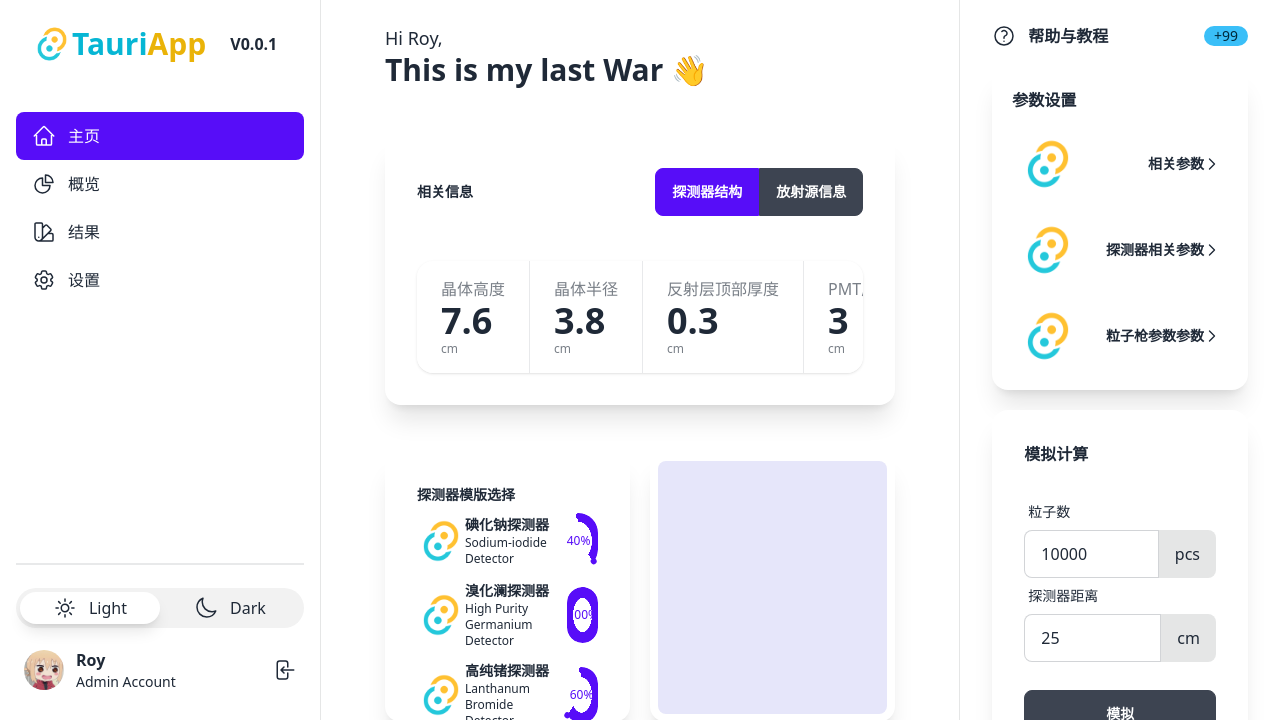
Repository: XMZOVO/tauri-geant4
Page: /
An editor plug-in stored every save of this project. The page is shown before and after the next save, followed by the edit.
The browser window is 1280 px wide. The pictures show the whole page.
The page's requests for data from a server got no answer. An inner scrolling area shows only its first screen. The project was rebuilt for these pictures with package versions that can differ from the ones it lists, and the page was loaded fresh each time. No one was signed in, and anything a server would have sent is missing. Also part of the build but not shown: vite.config.ts.

Above is the page before, as saved 2022-09-11 19:13:06.

### src/main.ts
import { createApp } from "vue";
import App from "./App.vue";
import "./index.css";
import { Router } from "./router";
import { createPinia } from "pinia";

const pinia = createPinia();

createApp(App).use(pinia).use(Router).mount("#app");

### src/router/index.ts
import { createRouter, createWebHistory } from "vue-router";

const routes = [
  {
    path: "",
    component: () => import("../components/MainWindow.vue"),
    children: [
      {
        path: "",
        component: () => import("../components/Home.vue"),
      },
      {
        path: "Setting",
        component: () => import("../components/Setting.vue"),
      },
      {
        path: "Results",
        component: () => import("../components/Results.vue"),
      },
      {
        path: "Overview",
        component: () => import("../components/Overview.vue"),
      },
      // {
      //   path: "Plan",
      //   component: () => import("../components/Plan.vue"),
      // },
    ],
  },
];

export const Router = createRouter({
  scrollBehavior: () => ({ left: 0, top: 0 }),
  history: createWebHistory(),
  routes,
});

### src/components/Home.vue
<script setup lang="ts">
import { ref, onMounted } from "vue";
import { invoke } from "@tauri-apps/api/tauri";
import { useRouter, onBeforeRouteLeave, onBeforeRouteUpdate } from "vue-router";
import path from "path";
import { exit } from "@tauri-apps/api/process";
import { fetch } from "@tauri-apps/api/http";

const router = useRouter();
const greetMsg = ref("");
const name = ref("");
let specFile = ref("");
let JSRootPath = ref("/JsRoot720/");

let detectorSrc = ref(
  JSRootPath.value +
    "index.htm?nobrowser&file=http://localhost:8080/file/G4Backend/build/rootFiles/test.root&item=Default;1&opt=ssao;transp60"
);

const parametersNames = ref([
  { name: "探测器结构", checked: true },
  { name: "放射源信息", checked: false },
]);
const selectedName = ref("钻井液性能");
const detectorProperties = ref([
  { name: "晶体高度", value: 7.6, unit: "cm" },
  { name: "晶体半径", value: 3.8, unit: "cm" },
  { name: "反射层顶部厚度", value: "0.3", unit: "cm" },
  { name: "PMT厚度", value: 3, unit: "cm" },
]);
const radioactiveProperties = ref([
  { name: "放射性同位素", value: "Co60", unit: "" },
  { name: "粒子数", value: 1000, unit: "" },
  { name: "3", value: 20, unit: "" },
  { name: "4", value: 0.02, unit: "" },
  { name: "5", value: 10, unit: "" },
]);
const detectorList = ref([
  { name: "碘化钠探测器", percent: 40, description: "Sodium-iodide Detector" },
  {
    name: "溴化澜探测器",
    percent: 100,
    description: "High Purity Germanium Detector",
  },
  {
    name: "高纯锗探测器",
    percent: 60,
    description: "Lanthanum Bromide Detector",
  },
]);
const paticleParameters = ref([
  { name: "粒子数", value: 10000, unit: "pcs" },
  { name: "探测器距离", value: 25, unit: "cm" },
]);
const btnWait = ref("");

async function greet() {
  greetMsg.value = await invoke("greet", { name: name.value });
}

onMounted(async () => {});

const parametersInfoChanged = (name: String) => {
  if (name == "探测器结构") {
    parametersNames.value[0].checked = true;
    parametersNames.value[1].checked = false;
  } else {
    parametersNames.value[0].checked = false;
    parametersNames.value[1].checked = true;
  }
};

const executeCalculate = async () => {
  if (paticleParameters.value[0].value > 10000000) {
    alert("粒子数过大");
    return;
  }
  btnWait.value = "loading";
  const response = await fetch("http://localhost:8080/g4", {
    method: "POST",
    query: {
      ch: detectorProperties.value[0].value.toString(),
      cr: detectorProperties.value[1].value.toString(),
      rtt: detectorProperties.value[2].value.toString(),
      num: paticleParameters.value[0].value.toString(),
    },
  }).then((res) => {
    btnWait.value = "";
    router.push({ path: "/Overview" });
  });
};

const refreshDetector = async () => {
  detectorSrc.value = " ";
  await fetch("http://localhost:8080/gdml", {
    method: "GET",
    query: {
      ch: detectorProperties.value[0].value.toString(),
      cr: detectorProperties.value[1].value.toString(),
      rtt: detectorProperties.value[2].value.toString(),
      pmt: detectorProperties.value[3].value.toString(),
    },
  }).then(() => {
    // let iframe: any = document.getElementById("iframe");
    // iframe.contentWindow.location.reload(true);
    detectorSrc.value =
      JSRootPath.value +
      "index.htm?nobrowser&file=http://localhost:8080/file/G4Backend/build/rootFiles/wtest.root&item=Default;1&opt=ssao;transp60";
  });
};

const exitApp = async () => {
  await exit(1);
};
</script>

<template>
  <!-- <div class="card">
    <input id="greet-input" v-model="name" placeholder="Enter a name..." />
    <button type="button" @click="greet()">Greet</button>
  </div>

  <p>{{ greetMsg }}</p> -->

  <div class="flex h-full w-full">
    <div class="w-2/3 space-y-12 border-r border-base-300 py-6 px-16">
      <div class="h-auto">
        <span class="block text-lg font-normal">Hi Roy,</span>
        <span class="block text-3xl font-bold"
          >This is my last War &#128075;</span
        >
      </div>
      <div class="card h-2/5 w-full shadow-xl">
        <div class="card-body justify-between">
          <div class="flex justify-between">
            <p class="card-title text-sm">相关信息</p>
            <!-- 选择框 -->
            <!-- <div class="form-control w-1/3 max-w-xs">
              <select
                class="select select-bordered focus:outline-none"
                @change="parametersInfoChanged($event)"
              >
                <option v-for="item in parametersNames">{{ item }}</option>
              </select>
            </div> -->
            <div class="btn-group">
              <input
                v-for="item in parametersNames"
                type="radio"
                name="options"
                :data-title="item.name"
                class="btn"
                :checked="item.checked"
                @change="parametersInfoChanged(item.name)"
              />
            </div>
          </div>
          <!-- 统计信息 -->
          <div
            class="stats stats-vertical overflow-hidden shadow lg:stats-horizontal"
          >
            <div
              class="stat"
              v-if="parametersNames[0].checked"
              v-for="item in detectorProperties"
            >
              <div class="stat-title">{{ item.name }}</div>
              <div class="stat-value">{{ item.value }}</div>
              <div class="stat-desc">{{ item.unit }}</div>
            </div>
            <div
              class="stat"
              v-if="parametersNames[1].checked"
              v-for="item in radioactiveProperties"
            >
              <div class="stat-title">{{ item.name }}</div>
              <div class="stat-value">{{ item.value }}</div>
              <div class="stat-desc">{{ item.unit }}</div>
            </div>
          </div>
        </div>
      </div>
      <!-- 底部双卡片 -->
      <div class="flex h-2/5 space-x-5">
        <!-- 1 -->
        <div class="card w-1/2 bg-base-100 shadow-xl">
          <div class="card-body">
            <p class="text-sm font-semibold">探测器模版选择</p>
            <!-- item -->
            <div class="flex flex-col justify-between gap-3">
              <div
                v-for="(item, index) in detectorList"
                class="flex items-center"
              >
                <img src="../assets/icon.png" class="h-12 w-12" />
                <div class="flex flex-col">
                  <p class="text-sm font-semibold">{{ item.name }}</p>
                  <p class="text-xs">{{ item.description }}</p>
                </div>
                <div
                  class="radial-progress text-xs text-primary"
                  :style="
                    '--value: ' +
                    item.percent +
                    '; --size: 3.5rem; --thickness: 6px'
                  "
                >
                  {{ item.percent }}%
                </div>
              </div>
            </div>
            <btn class="btn rounded-xl"> 更多模版</btn>
          </div>
        </div>
        <!-- 2 -->
        <div class="card w-1/2 bg-base-100 shadow-xl">
          <div class="card-body p-2">
            <iframe
              :src="detectorSrc"
              frameborder="0"
              class="h-full w-full rounded-lg"
            ></iframe>
            <!-- <div class="h-full w-full bg-black" id="drawing"></div> -->
          </div>
        </div>
      </div>
    </div>

    <!-- 右侧 -->
    <div class="w-1/3 flex-col space-y-5 px-8 pt-6">
      <!-- 帮助 -->
      <div class="flex items-center justify-between">
        <div class="flex items-center space-x-3">
          <svg
            xmlns="http://www.w3.org/2000/svg"
            fill="none"
            viewBox="0 0 24 24"
            stroke-width="1.5"
            stroke="currentColor"
            class="h-6 w-6"
          >
            <path
              stroke-linecap="round"
              stroke-linejoin="round"
              d="M9.879 7.519c1.171-1.025 3.071-1.025 4.242 0 1.172 1.025 1.172 2.687 0 3.712-.203.179-.43.326-.67.442-.745.361-1.45.999-1.45 1.827v.75M21 12a9 9 0 11-18 0 9 9 0 0118 0zm-9 5.25h.008v.008H12v-.008z"
            />
          </svg>
          <label class="font-bold">帮助与教程</label>
        </div>
        <div class="badge badge-info">+99</div>
      </div>
      <!-- 帮助 -->
      <!-- 卡1 -->
      <div class="flex space-x-5">
        <div class="card w-full overflow-visible bg-base-100 shadow-xl">
          <div class="card-body p-5">
            <div class="flex-col space-y-5">
              <p class="text-md font-bold">参数设置</p>

              <!-- 溢流物 -->
              <div class="dropdown-left dropdown w-full">
                <div
                  tabindex="0"
                  class="flex items-center justify-between rounded-xl px-2 py-1 duration-300 hover:cursor-pointer hover:bg-primary hover:text-base-100"
                >
                  <img src="../assets/icon.png" class="h-14 w-14 rounded-xl" />
                  <div class="flex items-center">
                    <p class="text-sm font-bold">相关参数</p>
                    <svg
                      xmlns="http://www.w3.org/2000/svg"
                      fill="none"
                      viewBox="0 0 24 24"
                      stroke-width="2"
                      stroke="currentColor"
                      class="h-4 w-4"
                    >
                      <path
                        stroke-linecap="round"
                        stroke-linejoin="round"
                        d="M8.25 4.5l7.5 7.5-7.5 7.5"
                      />
                    </svg>
                  </div>
                </div>
                <!-- 浮动窗口 -->
                <div
                  tabindex="0"
                  class="card dropdown-content rounded-box w-full bg-base-100 shadow"
                >
                  <div class="card-body space-y-3">
                    <p class="font-bold">设置相关参数</p>
                    <div
                      v-for="item in detectorList"
                      class="flex items-center justify-between"
                    >
                      <p>{{ item.name }}</p>
                      <p class="font-bold text-primary">{{ item.percent }}%</p>
                      <input
                        type="range"
                        min="0"
                        max="100"
                        v-model="item.percent"
                        class="range range-xs w-1/2"
                        step="1"
                      />
                    </div>
                  </div>
                </div>
              </div>
              <!-- 溢流物 -->
              <!-- 钻井液 -->
              <div class="dropdown-left dropdown w-full">
                <div
                  tabindex="0"
                  class="flex items-center justify-between rounded-xl px-2 py-1 duration-300 hover:cursor-pointer hover:bg-primary hover:text-base-100"
                >
                  <img src="../assets/icon.png" class="h-14 w-14 rounded-xl" />
                  <div class="flex items-center">
                    <p class="text-sm font-bold">探测器相关参数</p>
                    <svg
                      xmlns="http://www.w3.org/2000/svg"
                      fill="none"
                      viewBox="0 0 24 24"
                      stroke-width="2"
                      stroke="currentColor"
                      class="h-4 w-4"
                    >
                      <path
                        stroke-linecap="round"
                        stroke-linejoin="round"
                        d="M8.25 4.5l7.5 7.5-7.5 7.5"
                      />
                    </svg>
                  </div>
                </div>
                <!-- 浮动窗口 -->
                <div
                  tabindex="0"
                  class="card dropdown-content rounded-box w-96 bg-base-100 shadow"
                >
                  <div class="card-body space-y-1">
                    <div class="flex items-center">
                      <p class="font-bold">设置探测器参数</p>
                      <button class="btn btn-xs" @click="refreshDetector">
                        刷新探测器模型
                      </button>
                    </div>
                    <div
                      v-for="item in detectorProperties"
                      class="form-control"
                    >
                      <label class="label">
                        <span class="label-text">{{ item.name }}</span>
                      </label>
                      <label class="input-group">
                        <input
                          type="text"
                          v-model="item.value"
                          class="input input-bordered w-3/4 focus:outline-none"
                        />
                        <span class="w-1/4">{{ item.unit }}</span>
                      </label>
                    </div>
                  </div>
                </div>
              </div>
              <!-- 钻井液 -->
              <!-- 节流压 -->
              <div class="dropdown-left dropdown w-full">
                <div
                  tabindex="0"
                  class="flex items-center justify-between rounded-xl px-2 py-1 duration-300 hover:cursor-pointer hover:bg-primary hover:text-base-100"
                >
                  <img src="../assets/icon.png" class="h-14 w-14 rounded-xl" />
                  <div class="flex items-center">
                    <p class="text-sm font-bold">粒子枪参数参数</p>
                    <svg
                      xmlns="http://www.w3.org/2000/svg"
                      fill="none"
                      viewBox="0 0 24 24"
                      stroke-width="2"
                      stroke="currentColor"
                      class="h-4 w-4"
                    >
                      <path
                        stroke-linecap="round"
                        stroke-linejoin="round"
                        d="M8.25 4.5l7.5 7.5-7.5 7.5"
                      />
                    </svg>
                  </div>
                </div>
                <!-- 浮动窗口 -->
                <div
                  tabindex="0"
                  class="card dropdown-content rounded-box w-96 bg-base-100 shadow"
                >
                  <div class="card-body space-y-3">
                    <p class="font-bold">设置粒子枪参数</p>
                    <div
                      v-for="item in radioactiveProperties"
                      class="form-control"
                    >
                      <label class="label">
                        <span class="label-text">{{ item.name }}</span>
                      </label>
                      <label class="input-group">
                        <input
                          type="text"
                          v-model="item.value"
                          class="input input-bordered w-3/4 focus:outline-none"
                        />
                        <span class="w-1/4">{{ item.unit }}</span>
                      </label>
                    </div>
                  </div>
                </div>
              </div>
              <!-- 节流压 -->
            </div>
          </div>
        </div>
      </div>
      <!-- 卡2 -->
      <div class="flex space-x-5">
        <div class="card w-full bg-base-100 shadow-xl">
          <div class="card-body space-y-5">
            <p class="text-md font-bold">模拟计算</p>
            <div>
              <div v-for="item in paticleParameters" class="form-control">
                <label class="label">
                  <span class="label-text">{{ item.name }}</span>
                </label>
                <label class="input-group">
                  <input
                    type="text"
                    placeholder="0.01"
                    v-model="item.value"
                    class="input input-bordered w-full focus:outline-none"
                  />
                  <span>{{ item.unit }}</span>
                </label>
              </div>
            </div>
            <!-- 计算 -->
            <button :class="'btn w-full ' + btnWait" @click="executeCalculate">
              模拟
            </button>
          </div>
        </div>
      </div>
    </div>
  </div>
</template>

<style scoped></style>

Loaded but not shown: index.html (common file); src/App.vue (common file); src/index.css (common file); tailwind.config.cjs (common file); public/JsRoot720/modules/d3.mjs (library); public/JsRoot720/modules/gui/HierarchyPainter.mjs (library); public/JsRoot720/modules/io.mjs (3859 lines, source omitted); public/JsRoot720/modules/gpad/TFramePainter.mjs (2781 lines, source omitted); public/JsRoot720/modules/gpad/TPadPainter.mjs (2078 lines, source omitted); public/JsRoot720/modules/gui/menu.mjs (1573 lines, source omitted); public/JsRoot720/modules/core.mjs (1681 lines, source omitted); public/JsRoot720/modules/gui/display.mjs (1711 lines, source omitted); public/JsRoot720/modules/base/ObjectPainter.mjs (1608 lines, source omitted); public/JsRoot720/modules/base/math.mjs (2061 lines, source omitted); public/JsRoot720/modules/gpad/TAxisPainter.mjs (1330 lines, source omitted); public/JsRoot720/modules/hist/TPavePainter.mjs (1257 lines, source omitted); public/JsRoot720/modules/base/latex.mjs (1324 lines, source omitted); public/JsRoot720/modules/draw.mjs (618 lines, source omitted); public/JsRoot720/modules/gui/utils.mjs (511 lines, source omitted); public/JsRoot720/modules/gpad/TCanvasPainter.mjs (756 lines, source omitted); public/JsRoot720/modules/base/BasePainter.mjs (670 lines, source omitted); public/JsRoot720/modules/base/TAttFillHandler.mjs (343 lines, source omitted); public/JsRoot720/modules/base/TAttMarkerHandler.mjs (292 lines, source omitted); public/JsRoot720/modules/gui.mjs (206 lines, source omitted); public/JsRoot720/modules/base/colors.mjs (172 lines, source omitted); public/JsRoot720/modules/base/TAttLineHandler.mjs (166 lines, source omitted); public/JsRoot720/modules/base/FontHandler.mjs (139 lines, source omitted); src/components/MainWindow.vue (303 lines, source omitted)

After the next save:
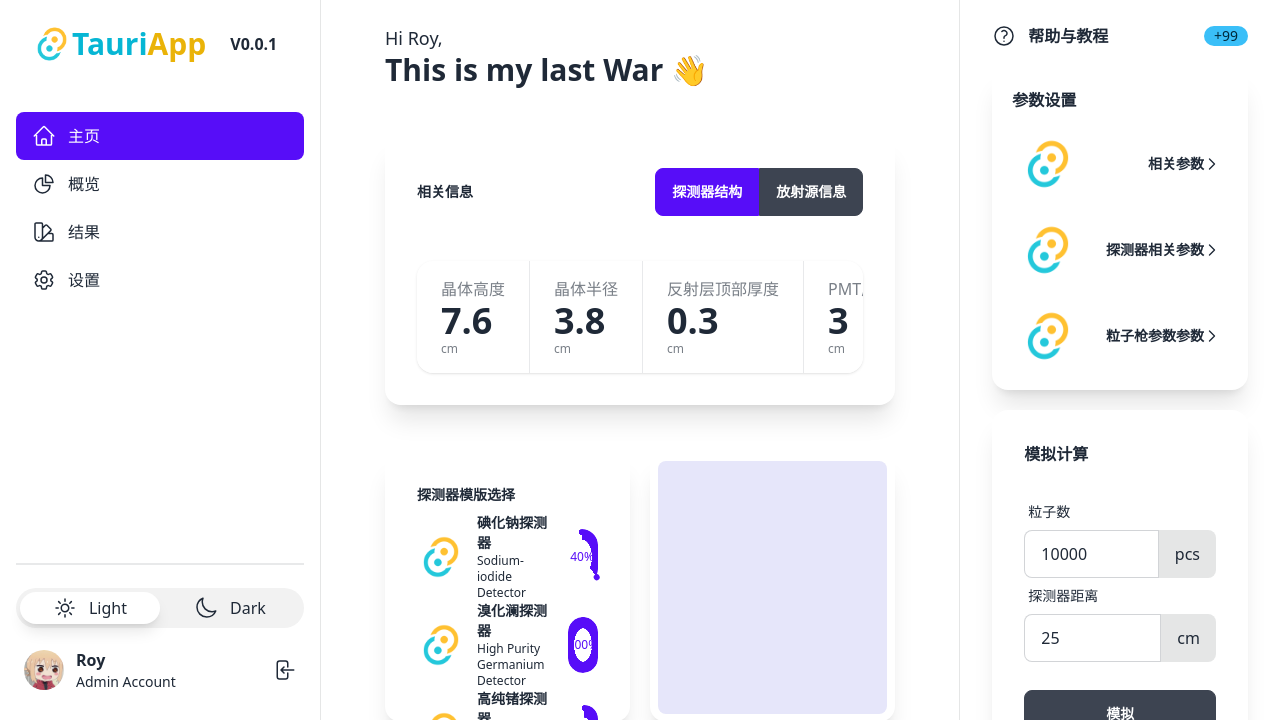
Saved 15 s later.
--- a/src/components/Home.vue
+++ b/src/components/Home.vue
@@ -187,10 +187,10 @@
           <div class="card-body">
             <p class="text-sm font-semibold">探测器模版选择</p>
             <!-- item -->
-            <div class="flex flex-col justify-between gap-3">
+            <div class="flex flex-col">
               <div
                 v-for="(item, index) in detectorList"
-                class="flex items-center"
+                class="flex items-center justify-between gap-3"
               >
                 <img src="../assets/icon.png" class="h-12 w-12" />
                 <div class="flex flex-col">

After the save that followed:
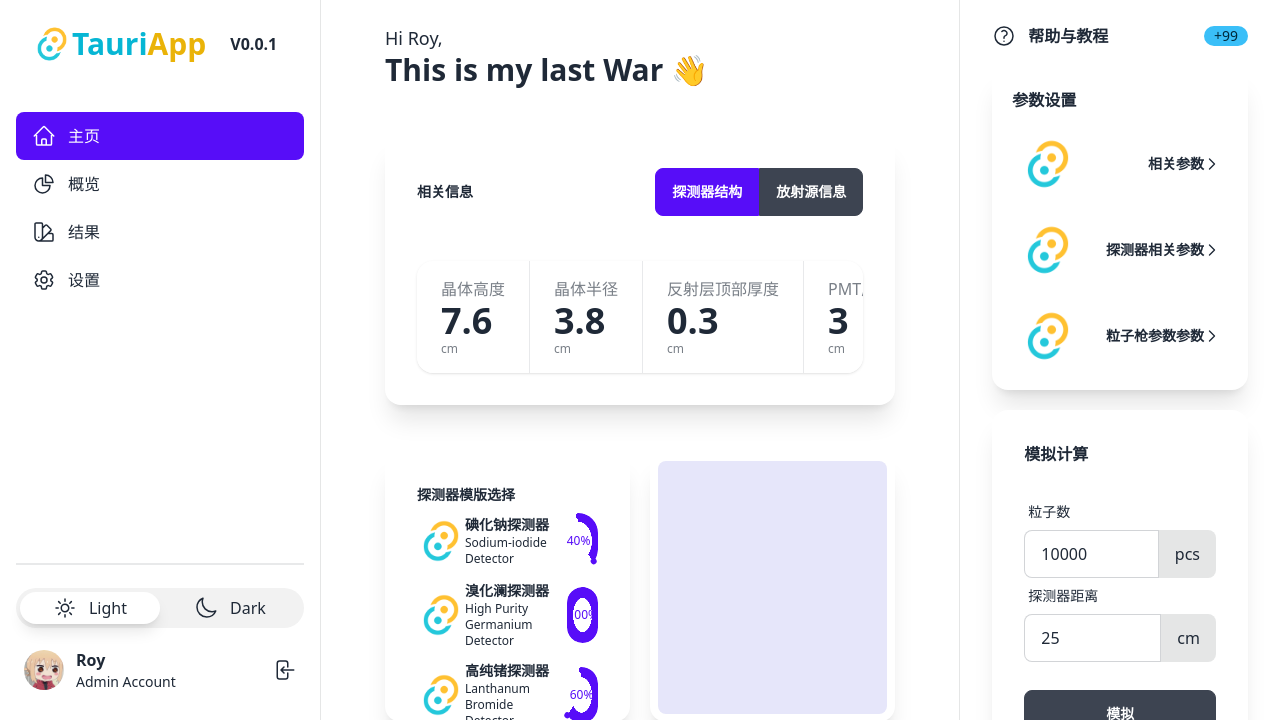
Saved 6 s later.
--- a/src/components/Home.vue
+++ b/src/components/Home.vue
@@ -187,10 +187,10 @@
           <div class="card-body">
             <p class="text-sm font-semibold">探测器模版选择</p>
             <!-- item -->
-            <div class="flex flex-col">
+            <div class="flex flex-col gap-3">
               <div
                 v-for="(item, index) in detectorList"
-                class="flex items-center justify-between gap-3"
+                class="flex items-center justify-between"
               >
                 <img src="../assets/icon.png" class="h-12 w-12" />
                 <div class="flex flex-col">
